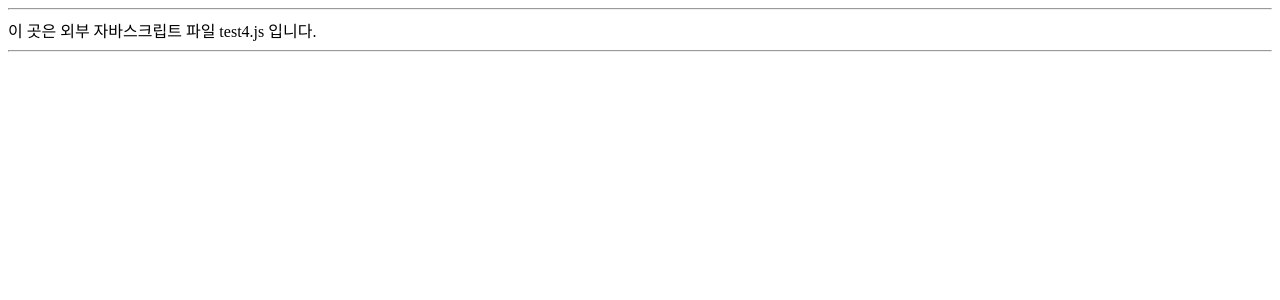
Repository: KimMinseooo/itwillStudy
Page: BACKEND/JSP/workspace_jsp/StudyJavascript/src/main/webapp/js02_1029/test4.html
An editor plug-in stored every save of this project. The page is shown before and after the next save, followed by the edit.
The browser window is 1280 px wide. The pictures show the whole page.

Above is the page before, as saved 2024-10-29 05:44:07.

After the next save:
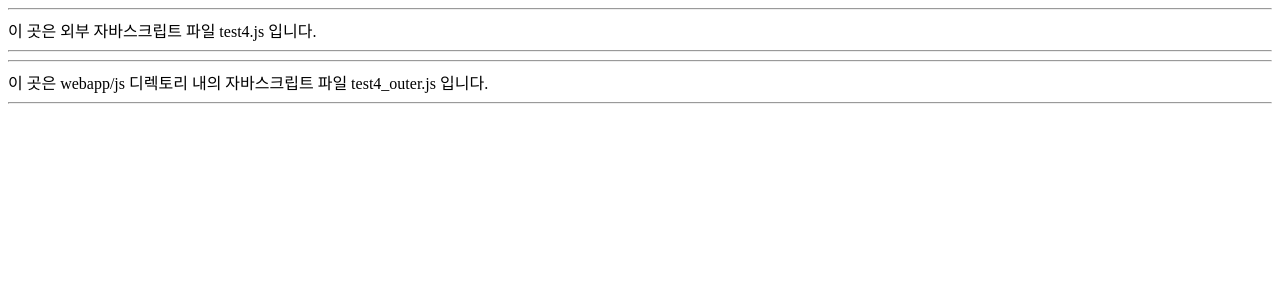
Saved 102 s later.
--- a/BACKEND/JSP/workspace_jsp/StudyJavascript/src/main/webapp/js02_1029/test4.html
+++ b/BACKEND/JSP/workspace_jsp/StudyJavascript/src/main/webapp/js02_1029/test4.html
@@ -15,6 +15,10 @@
 alert("확인2");
 </script>
 
+
+<script src="../js/test4_outer.js"></script>
+
+
 </head>
 <body>
 
